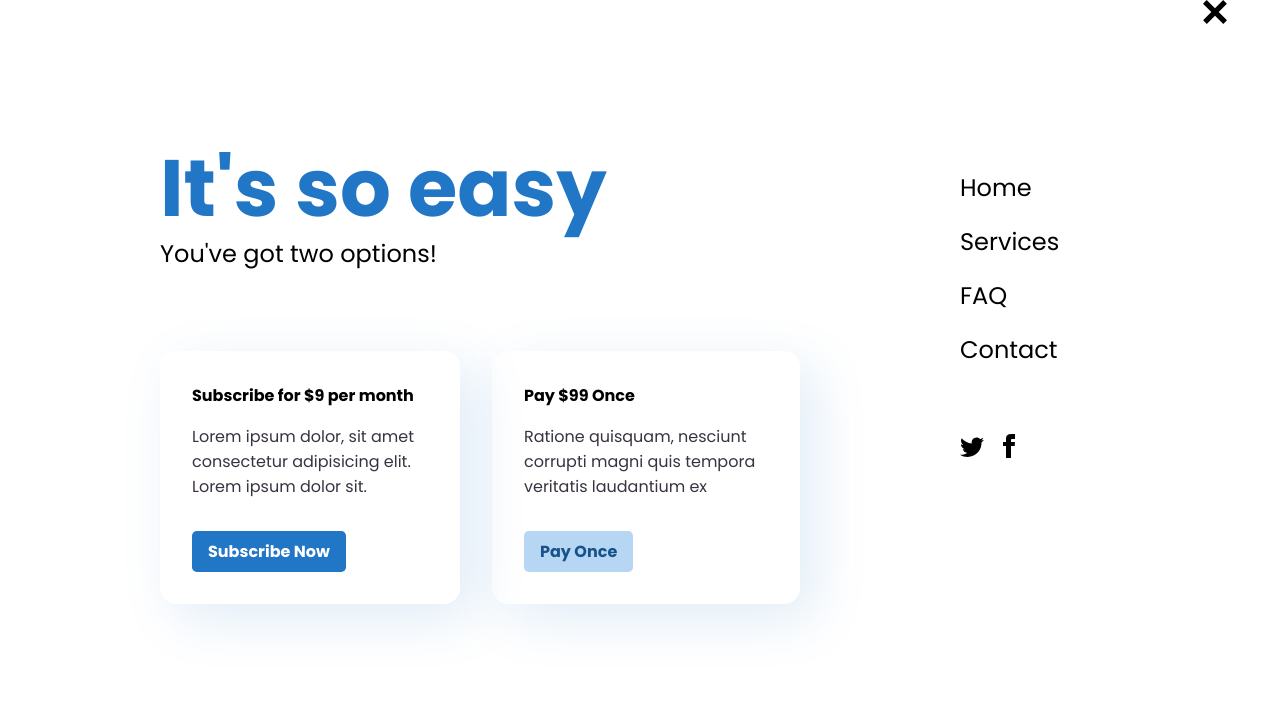
Repository: Hyperion72R/Animated-Navigation
Page: index.html
An editor plug-in stored every save of this project. The page is shown before and after the next save, followed by the edit.
The browser window is 1280 px wide. The pictures show the whole page.
The style sheet was rebuilt from its Sass, Less or Tailwind sources for each picture, by a compiler version that may differ from the author's.

Above is the page before, as saved 2021-09-05 16:00:10.

After the next save:
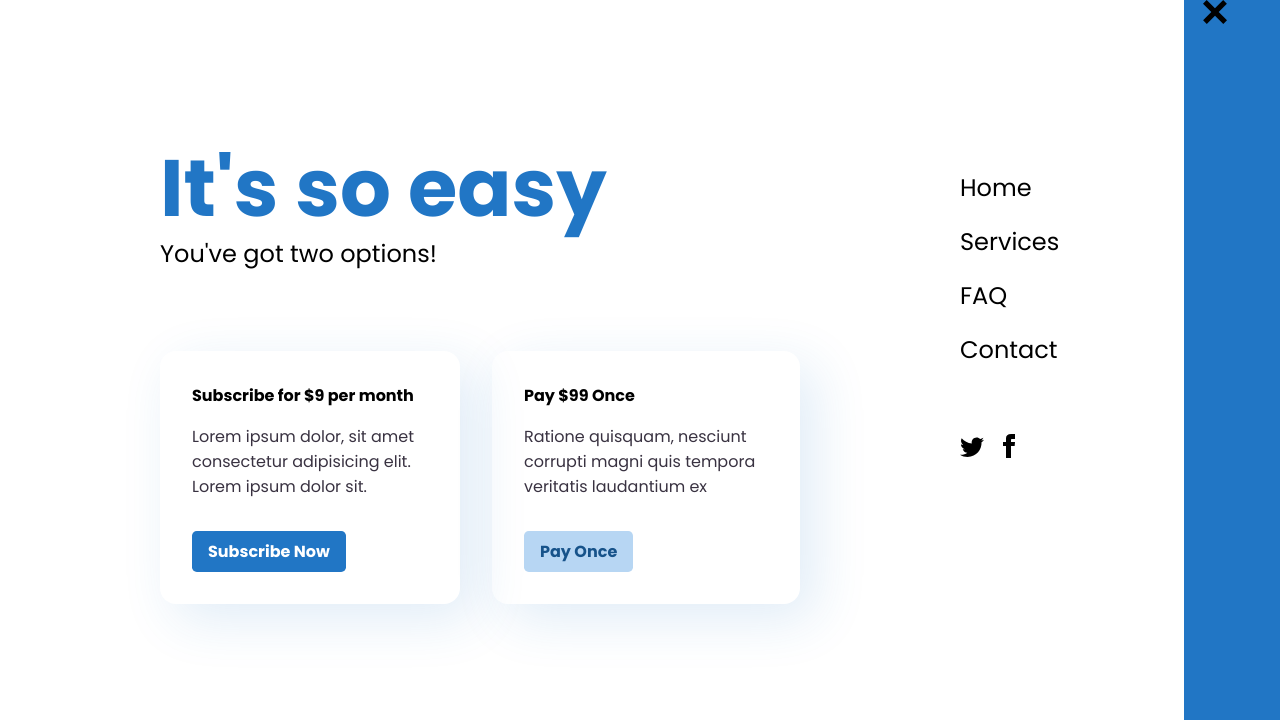
Saved 29 s later.
--- a/css/main.scss
+++ b/css/main.scss
@@ -207,4 +207,5 @@ h2 {
 .right {
   display: grid;
   justify-items: center;
-}
+  background-color: #2176c5;
+}
